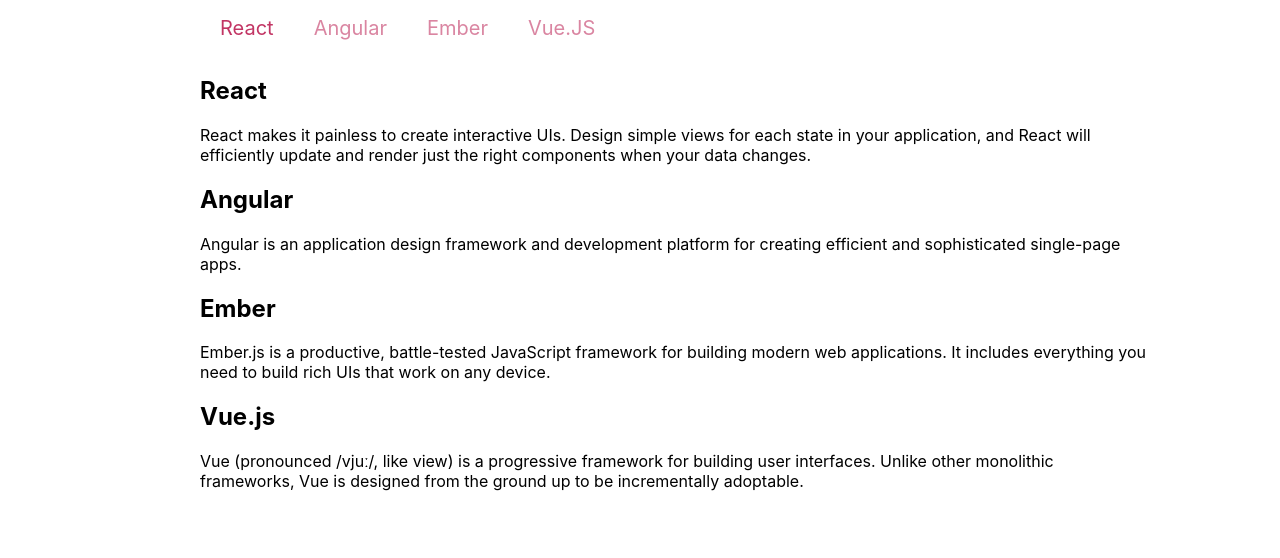
Repository: baopham2-tiki/tiki-order-listing
Page: /oderApp
The author's editor kept a copy of each file at every save. The page is drawn from the files as they stood at one save, then again after a run of saves.
The browser window is 1280 px wide. The pictures show the whole page.
The project was rebuilt for these pictures with package versions that can differ from the ones it lists, and the page was loaded fresh each time. The framework's server and built-in components were replaced by stand-ins that run in the browser. Also part of the build but not shown: next.config.js.

Above is the page before, as saved 2022-11-09 22:13:17.

After the next 2 saves:
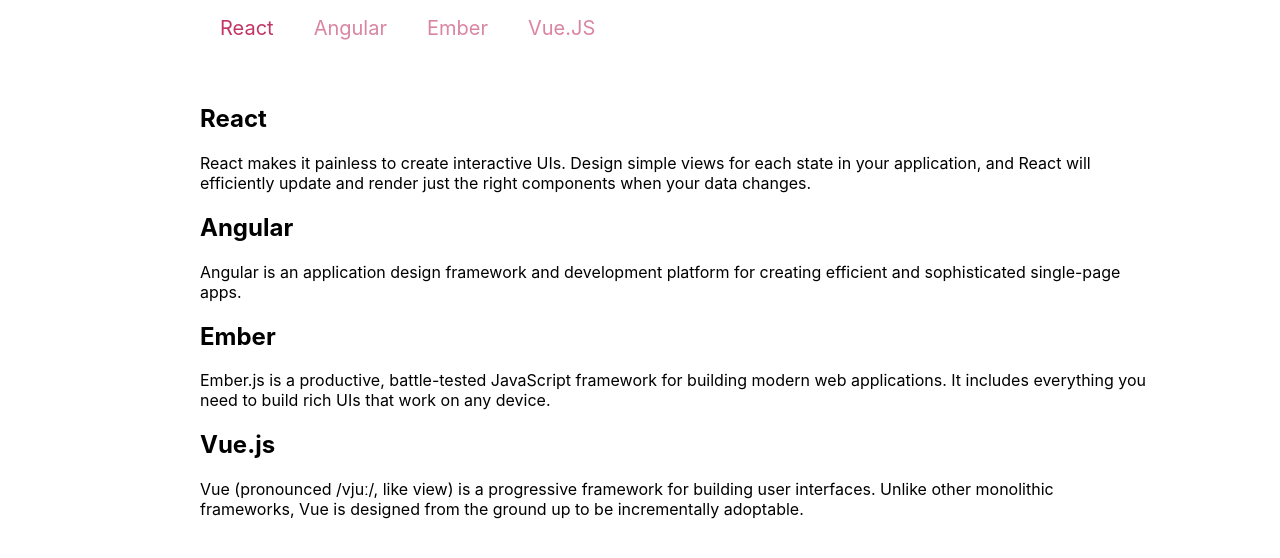
The 2 saves are shown as one change because 1 did not build or start.
The last was saved 50 s later.
--- a/pages/oderApp.tsx
+++ b/pages/oderApp.tsx
@@ -41,6 +41,10 @@
   transition: all 0.2s ease;
 `
 
+const TabContent = styled.div`
+  padding: 28px 0;
+`
+
 export default function oderApp() {
   return (
     <StyledOrderApp>
@@ -63,7 +67,7 @@
         </div>
         <TabsLine></TabsLine>
       </TabOrder>
-      <div className="tab-content">
+      <TabContent>
         <div className="tab-pane active">
           <h2>React</h2>
           <p>
@@ -94,7 +98,7 @@
             incrementally adoptable.{' '}
           </p>
         </div>
-      </div>
+      </TabContent>
     </StyledOrderApp>
   )
 }
